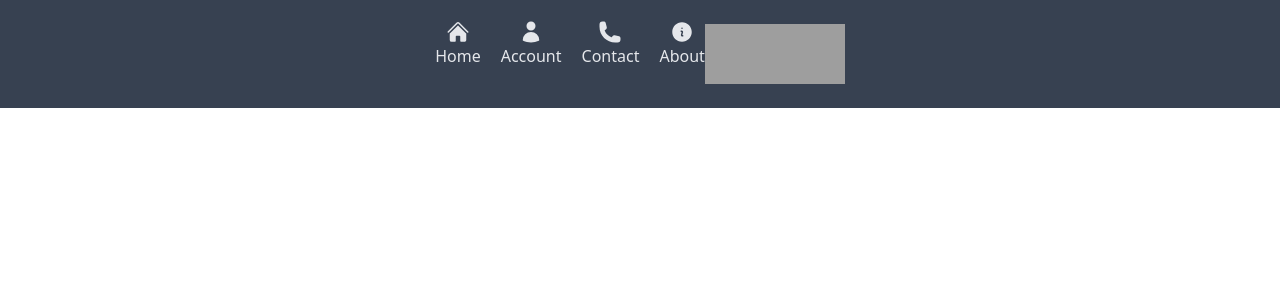
Repository: lyvandat/imdb-movie
Page: /
These files come from the project's save history. The page is drawn as it stood at one moment and after the next save; the edit follows.
The browser window is 1280 px wide. The pictures show the whole page.
Pictures or frames that could not be fetched are drawn as grey boxes. The project was rebuilt for these pictures with package versions that can differ from the ones it lists, and the page was loaded fresh each time. The framework's server and built-in components were replaced by stand-ins that run in the browser. Also part of the build but not shown: next.config.js.

Above is the page before, as saved 2022-10-04 10:33:21.

After the next save:
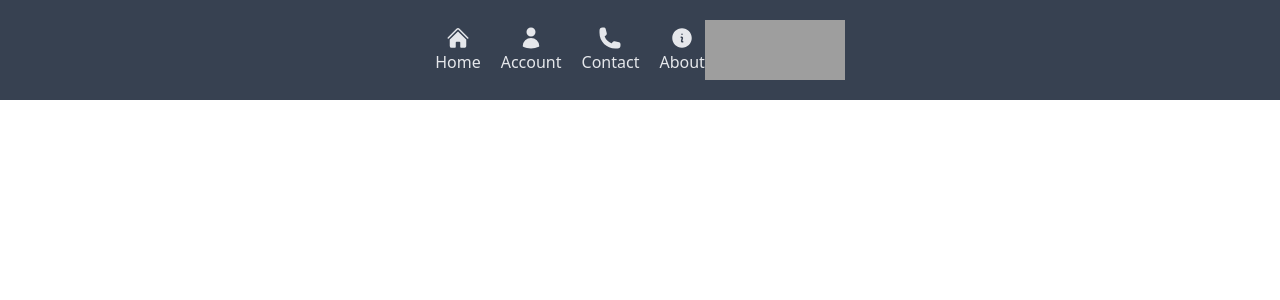
Saved 37 s later.
--- a/components/Header.js
+++ b/components/Header.js
@@ -13,7 +13,7 @@ import Link from "next/link";
 function Header() {
   return (
     <section className="flex flex-col p-5 items-center sm:flex-row sm:justify-center bg-gray-700 select-none text-gray-200 ">
-      <ul className="h-full flex space-x-5 mb-5 items-center">
+      <ul className="flex space-x-5 mb-5 sm:mb-0 items-center">
         <li className="flex flex-col items-center hover:text-white active:text-red-500">
           <HomeIcon className="h-6" />
           <p>Home</p>
